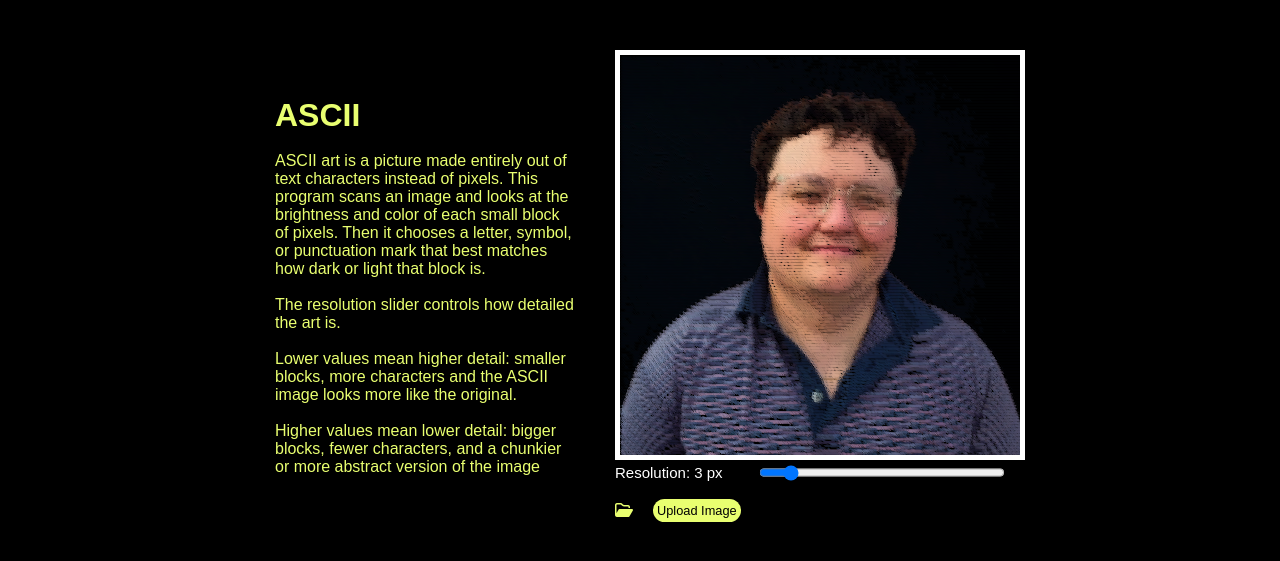
Repository: rosieomusic/ascii-art
Page: index.html
The author's editor kept a copy of each file at every save. The page is drawn from the files as they stood at one save, then again after the next save.
The browser window is 1280 px wide. The pictures show the whole page.
Some web libraries are served in a nearby version.

Above is the page before, as saved 2025-05-06 17:10:20.

### index.html
<!DOCTYPE html>
<html>
	<head>
		<meta charset="UTF-8" />
		<meta
			http-equiv="X-UA-Compatible"
			content="IE-edge"
		/>
		<title>ASCII CONVERTER</title>
		<link
			rel="stylesheet"
			href="styles.css"
		/>
		<script
			src="https://kit.fontawesome.com/56e0d45a0e.js"
			crossorigin="anonymous"
		></script>
	</head>
	<body>
		<div class="big-container">
			<div id="explaination">
				<h1>ASCII</h1>
				<br />
				<p>
					ASCII art is a picture made entirely out of text characters instead of
					pixels. This program scans an image and looks at the brightness and
					color of each small block of pixels. Then it chooses a letter, symbol,
					or punctuation mark that best matches how dark or light that block is.
				</p>
				<br />
				<p>The resolution slider controls how detailed the art is.</p>
				<br />
				<p>
					Lower values mean higher detail: smaller blocks, more characters and
					the ASCII image looks more like the original.
				</p>
				<br />
				<p>
					Higher values mean lower detail: bigger blocks, fewer characters, and
					a chunkier or more abstract version of the image
				</p>
			</div>
			<div class="container">
				<canvas id="canvas1"></canvas>
				<div class="controls">
					<label
						for="resolution"
						id="resolutionLabel"
						>Resolution 5 px</label
					>
					<input
						type="range"
						id="resolution"
						name="resolution"
						min="1"
						max="20"
						value="3"
					/>
				</div>
				<br />
				<div id="upload">
					<i class="fa-regular fa-folder-open"></i>

					<input
						type="file"
						id="imageUpload"
						accept="image/*"
					/>
					<label
						for="imageUpload"
						class="upload-btn"
						>Upload Image</label
					>
					<pre id="ascii-output"></pre>
					<canvas
						id="canvas2"
						style="display: none"
					></canvas>
				</div>
			</div>
		</div>

		<script src="script.js"></script>
	</body>
</html>

### styles.css
* {
	margin: 0;
	padding: 0;
	/* box-sizing: border-box; */
}
body {
	background: black;
}
.big-container {
	display: flex;
	flex-direction: column;
	align-items: center;
	justify-content: center;
	padding: 50px;
	gap: 20px;
}
.container {
	position: relative;
	justify-content: center;
	align-items: center;
}
#canvas1 {
	border: 5px solid white;
}
.controls {
	display: flex;
}
.controls > input {
	width: 60%;
}
.controls > label {
	font-family: Arial, Helvetica, sans-serif;
	width: 35%;
	color: white;
	font-size: 15px;
}
i {
	color: #e9ff70;
	margin-right: 20px;
	margin-top: 3px;
}
#imageUpload {
	display: none;
}
#upload {
	display: flex;
}
.upload-btn:hover {
	cursor: pointer;
	transform: scale(1.05);
}
.upload-btn {
	font-family: Arial, Helvetica, sans-serif;
	font-size: 0.8em;
	background-color: #e9ff70;
	color: black;
	padding: 4px;
	border-radius: 20px;
	transition: transform 200ms ease-in-out;
}

#explaination {
	font-family: Arial, Helvetica, sans-serif;
	margin: 20px;
	width: 300px;
	color: #e9ff70;
}

@media (min-width: 768px) {
	.big-container {
		flex-direction: row;
	}
}

### script.js
const inputSlider = document.getElementById('resolution');
const inputLabel = document.getElementById('resolutionLabel');
const canvas = document.getElementById('canvas1');
const ctx = canvas.getContext('2d');

const image1 = new Image();
image1.src = 'img/roseomalleyheadshotblack.png';
inputSlider.addEventListener('change', handleSlider);

const imageUpload = document.getElementById('imageUpload');

imageUpload.addEventListener('change', function (event) {
	const file = event.target.files[0];
	if (!file) return;

	const reader = new FileReader();
	reader.onload = function (e) {
		image1.src = e.target.result; // This re-triggers image1.onload
	};
	reader.readAsDataURL(file);
});

class Cell {
	constructor(x, y, symbol, color, size) {
		this.x = x;
		this.y = y;
		this.symbol = symbol;
		this.color = color;
		this.size = size;
		//this.padding = this.size * 0.2;
	}
	draw(ctx) {
		ctx.font = `${this.size * 2}px Courier New`;
		//ctx.fillStyle = 'yellow';
		ctx.fillText(this.symbol, this.x + 1, this.y + 1, +this.size);

		ctx.fillStyle = this.color;
		ctx.fillText(this.symbol, this.x, this.y, this.size);
		ctx.textBaseline = 'top';
	}
}
class AsciiEffect {
	#imageCellArray = [];
	#pixels = [];
	#ctx;
	#width;
	#height;
	constructor(ctx, width, height) {
		this.#ctx = ctx;
		this.#width = width;
		this.#height = height;
		this.#ctx.drawImage(image1, 0, 0, this.#width, this.#height);
		this.#pixels = this.#ctx.getImageData(0, 0, this.#width, this.#height);
		//console.log(this.#pixels.data);
	}
	#convertToSymbol(g) {
		// @#W$9876543210?!abc;:+=-,._
		// .,:ilwW"
		// '$@B%8&WM#*oahkbdpqwmZO0QLCJUYXzcvunxrjft/|()1{}[]?-_+~<>i!lI;:,"^`'
		//`^",:;Il!i><~+_-?][}{1)(|/tfjrxnuvczXYUJCLQ0OZmwqpdbkhao*#MW&8%B@$

		const asciiGradient =
			' .`^",:;Il!i><~+_-?][}{1)(|/tfjrxnuvczXYUJCLQ0OZmwqpdbkhao*#MW&8%B@$';

		const index = Math.floor((g / 255) * (asciiGradient.length - 1));
		return asciiGradient[index];
	}

	#scanImage(cellSize) {
		this.#imageCellArray = [];
		const stepX = Math.floor(cellSize * 0.6);
		const stepY = cellSize;
		for (let y = 0; y < this.#pixels.height; y += stepY) {
			for (let x = 0; x < this.#pixels.width; x += stepX) {
				if (x >= this.#pixels.width || y >= this.#pixels.height) continue;
				const posX = x * 4;
				const posY = y * 4;
				const pos = (y * this.#pixels.width + x) * 4;

				if (this.#pixels.data[pos + 3] > 128) {
					const red = this.#pixels.data[pos];
					const green = this.#pixels.data[pos + 1];
					const blue = this.#pixels.data[pos + 2];
					const grayscale = 0.2126 * red + 0.7152 * green + 0.0722 * blue;

					//const color = 'yellow';
					//const color = grayscale > 110 ? 'white' : 'black';
					const total = red + green + blue;
					const averageColorValue = total / 3;
					const color = `rgb(${red}, ${green}, ${blue})`;
					const symbol = this.#convertToSymbol(averageColorValue);
					if (symbol)
						this.#imageCellArray.push(new Cell(x, y, symbol, color, cellSize));
				}
			}
		}
		//console.log(this.#imageCellArray);
	}
	#drawAscii() {
		this.#ctx.clearRect(0, 0, this.#width, this.#height);
		for (let i = 0; i < this.#imageCellArray.length; i++) {
			this.#imageCellArray[i].draw(this.#ctx);
		}
	}
	draw(cellSize) {
		this.#scanImage(cellSize);
		this.#drawAscii();
	}
}
let effect;
function handleSlider() {
	//console.log('Slider value: ', inputSlider.value);
	if (inputSlider.value == 1) {
		inputLabel.innerHTML = 'Original Image';
		ctx.drawImage(image1, 0, 0, canvas.width, canvas.height);
	} else {
		inputLabel.innerHTML = 'Resolution: ' + inputSlider.value + ' px';
		ctx.font = parseInt(inputSlider.value) * 2 + 'px Courier New';
		effect.draw(parseInt(inputSlider.value));
	}
}
image1.onload = function initialize() {
	//console.log('Image loaded: ', image1.src);
	//console.log('Image dimiensions: ', image1.width, image1.height);
	const maxDimension = 550;

	let scale = Math.min(
		maxDimension / image1.width,
		maxDimension / image1.height,
		1
	);

	const scaledWidth = image1.width * scale;
	const scaledHeight = image1.height * scale;
	canvas.width = scaledWidth;
	canvas.height = scaledHeight;

	ctx.clearRect(0, 0, canvas.width, canvas.height);
	ctx.drawImage(image1, 0, 0, scaledWidth, scaledHeight);

	effect = new AsciiEffect(ctx, scaledWidth, scaledHeight);
	//effect.draw(parseInt(inputSlider.value));

	const base64Image = canvas.toDataURL(image1);
	//console.log('Base64 image:', base64Image);

	handleSlider();
};
const string =
	'$@B%8&WM#*oahkbdpqwmZO0QLCJUYXzcvunxrjft/|()1{}[]?-_+~<>i!lI;:,"^`';

function reverseString(str) {
	const reversed = str.split('').reverse().join('');
	console.log(reversed);
	return reversed;
}

reverseString(string);

After the next save:
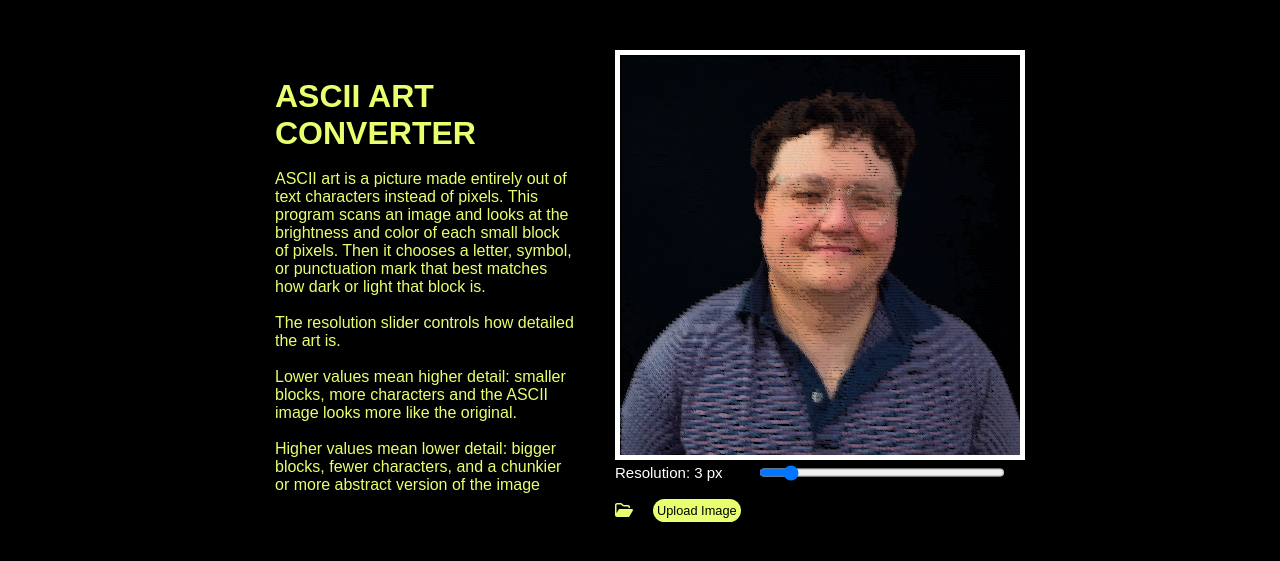
Saved 6 min 25 s later.
--- a/index.html
+++ b/index.html
@@ -6,7 +6,7 @@
 			http-equiv="X-UA-Compatible"
 			content="IE-edge"
 		/>
-		<title>ASCII CONVERTER</title>
+		<title>ASCII ART</title>
 		<link
 			rel="stylesheet"
 			href="styles.css"
@@ -19,7 +19,7 @@
 	<body>
 		<div class="big-container">
 			<div id="explaination">
-				<h1>ASCII</h1>
+				<h1>ASCII ART CONVERTER</h1>
 				<br />
 				<p>
 					ASCII art is a picture made entirely out of text characters instead of
